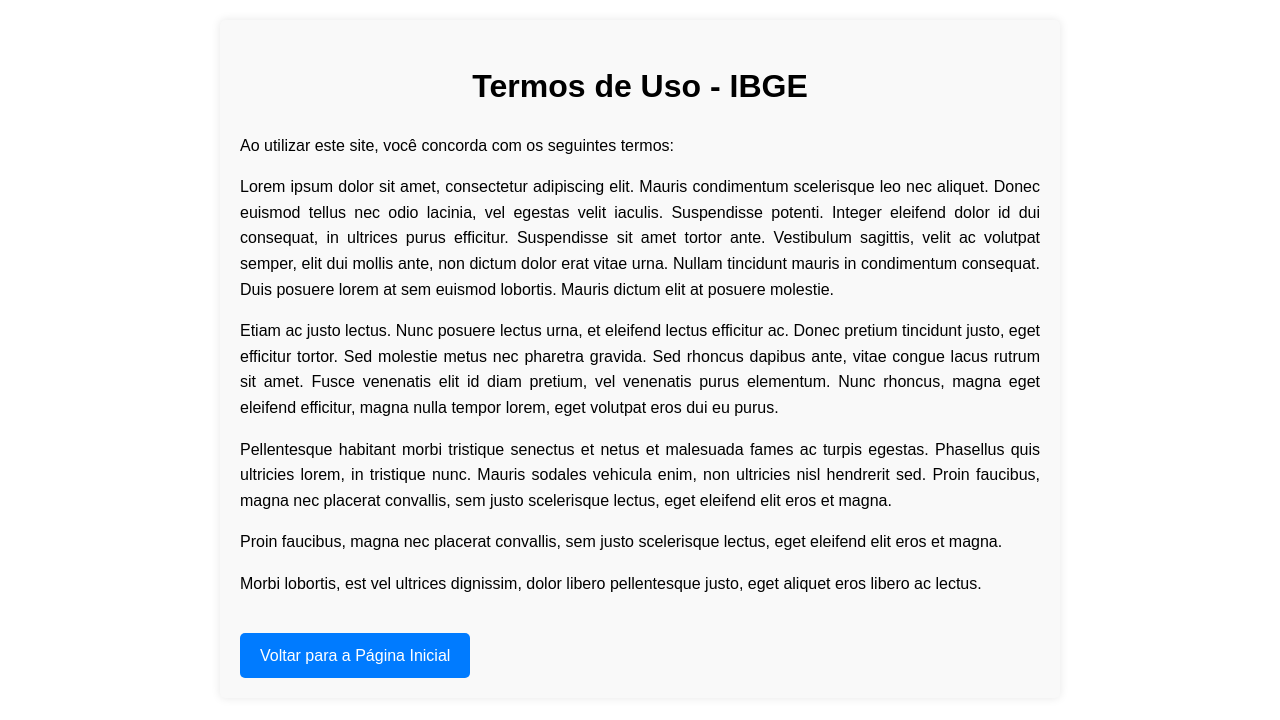
Repository: Gabrielb0rn/Projeto-Formul-rio.io
Page: TDU.html
These files come from the project's save history. The page is drawn as it stood at one moment and after the next save; the edit follows.
The browser window is 1280 px wide. The pictures show the whole page.

Above is the page before, as saved 2024-07-07 11:51:35.

### TDU.html
<!DOCTYPE html>
<html lang="pt-BR">
<head>
    <meta charset="UTF-8">
    <meta name="viewport" content="width=device-width, initial-scale=1.0">
    <title>Termos de Uso - IBGE</title>
    <style>
        body {
            font-family: Arial, sans-serif;
            line-height: 1.6;
            margin: 20px;
        }
        .container {
            max-width: 800px;
            margin: 0 auto;
            padding: 20px;
            background-color: #f9f9f9;
            border-radius: 5px;
            box-shadow: 0 0 10px rgba(0,0,0,0.1);
        }
        h1 {
            text-align: center;
            margin-bottom: 20px;
        }
        p {
            text-align: justify;
        }
        .btn-back {
            display: inline-block;
            padding: 10px 20px;
            background-color: #007bff;
            color: #fff;
            text-decoration: none;
            border-radius: 5px;
            cursor: pointer;
            margin-top: 20px;
        }
        .btn-back:hover {
            background-color: #0056b3;
        }
    </style>
</head>
<body>
    <div class="container">
        <h1>Termos de Uso - IBGE</h1>

        <p>Ao utilizar este site, você concorda com os seguintes termos:</p>

        <p>Lorem ipsum dolor sit amet, consectetur adipiscing elit. Mauris condimentum scelerisque leo nec aliquet. Donec euismod tellus nec odio lacinia, vel egestas velit iaculis. Suspendisse potenti. Integer eleifend dolor id dui consequat, in ultrices purus efficitur. Suspendisse sit amet tortor ante. Vestibulum sagittis, velit ac volutpat semper, elit dui mollis ante, non dictum dolor erat vitae urna. Nullam tincidunt mauris in condimentum consequat. Duis posuere lorem at sem euismod lobortis. Mauris dictum elit at posuere molestie.</p>

        <p>Etiam ac justo lectus. Nunc posuere lectus urna, et eleifend lectus efficitur ac. Donec pretium tincidunt justo, eget efficitur tortor. Sed molestie metus nec pharetra gravida. Sed rhoncus dapibus ante, vitae congue lacus rutrum sit amet. Fusce venenatis elit id diam pretium, vel venenatis purus elementum. Nunc rhoncus, magna eget eleifend efficitur, magna nulla tempor lorem, eget volutpat eros dui eu purus.</p>

        <p>Pellentesque habitant morbi tristique senectus et netus et malesuada fames ac turpis egestas. Phasellus quis ultricies lorem, in tristique nunc. Mauris sodales vehicula enim, non ultricies nisl hendrerit sed. Proin faucibus, magna nec placerat convallis, sem justo scelerisque lectus, eget eleifend elit eros et magna.</p>

        <p>Proin faucibus, magna nec placerat convallis, sem justo scelerisque lectus, eget eleifend elit eros et magna.</p>

        <p>Morbi lobortis, est vel ultrices dignissim, dolor libero pellentesque justo, eget aliquet eros libero ac lectus.</p>

        <a href="index.html" class="btn-back">Voltar para a Página Inicial</a>
    </div>
</body>
</html>

After the next save:
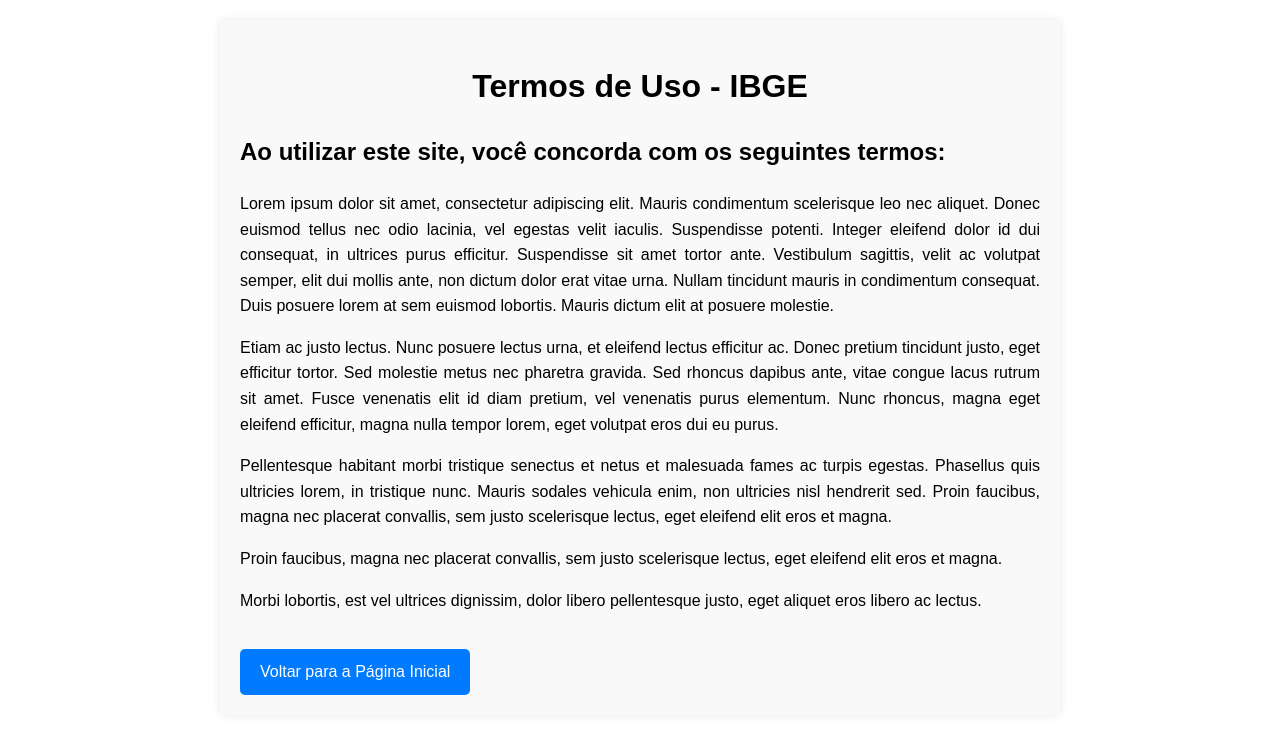
Saved 13 s later.
--- a/TDU.html
+++ b/TDU.html
@@ -44,7 +44,7 @@
     <div class="container">
         <h1>Termos de Uso - IBGE</h1>
 
-        <p>Ao utilizar este site, você concorda com os seguintes termos:</p>
+        <h2>Ao utilizar este site, você concorda com os seguintes termos:</h2>
 
         <p>Lorem ipsum dolor sit amet, consectetur adipiscing elit. Mauris condimentum scelerisque leo nec aliquet. Donec euismod tellus nec odio lacinia, vel egestas velit iaculis. Suspendisse potenti. Integer eleifend dolor id dui consequat, in ultrices purus efficitur. Suspendisse sit amet tortor ante. Vestibulum sagittis, velit ac volutpat semper, elit dui mollis ante, non dictum dolor erat vitae urna. Nullam tincidunt mauris in condimentum consequat. Duis posuere lorem at sem euismod lobortis. Mauris dictum elit at posuere molestie.</p>
 
